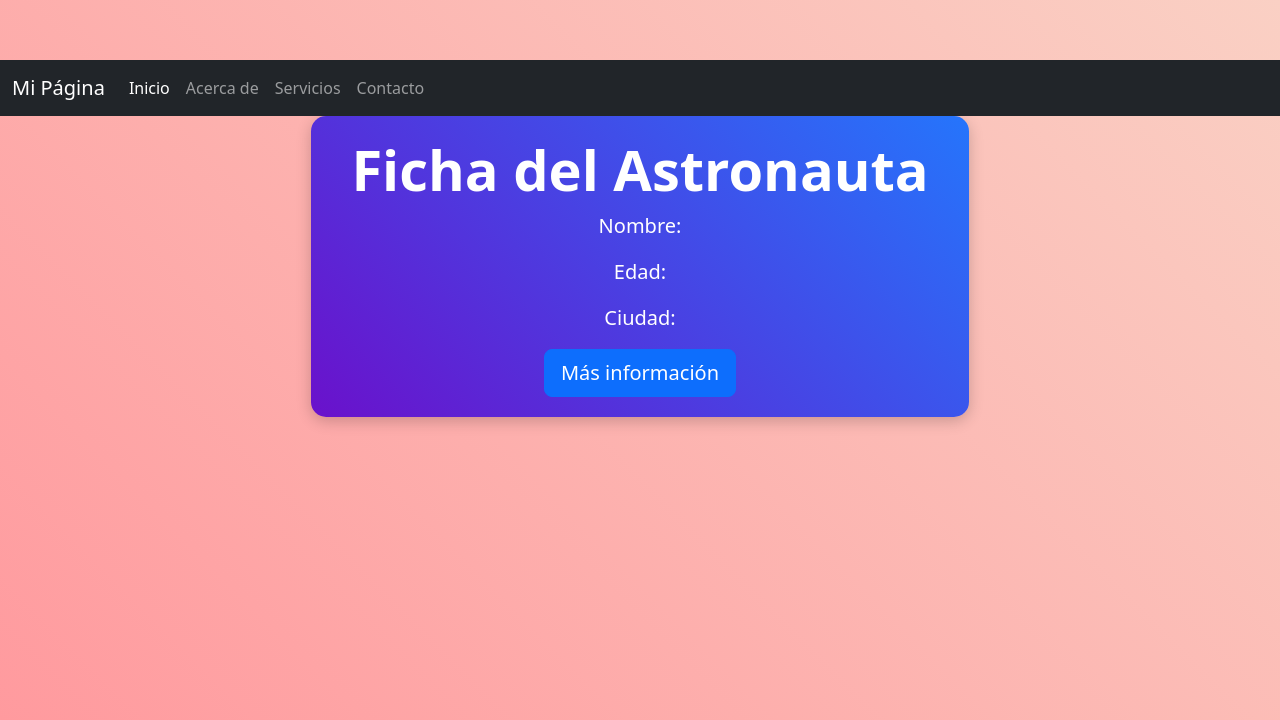
Repository: cristiananes/DWES_2
Page: http://localhost/astronauta
An editor plug-in stored every save of this project. The page is shown before and after the next save, followed by the edit.
The browser window is 1280 px wide. The pictures show the whole page.
The page is this project's Thymeleaf template; nobody is signed in. The template is opened directly, without the code that normally fills it, so the values that code supplies are empty.

Above is the page before, as saved 2025-01-13 08:55:50.

After the next save:
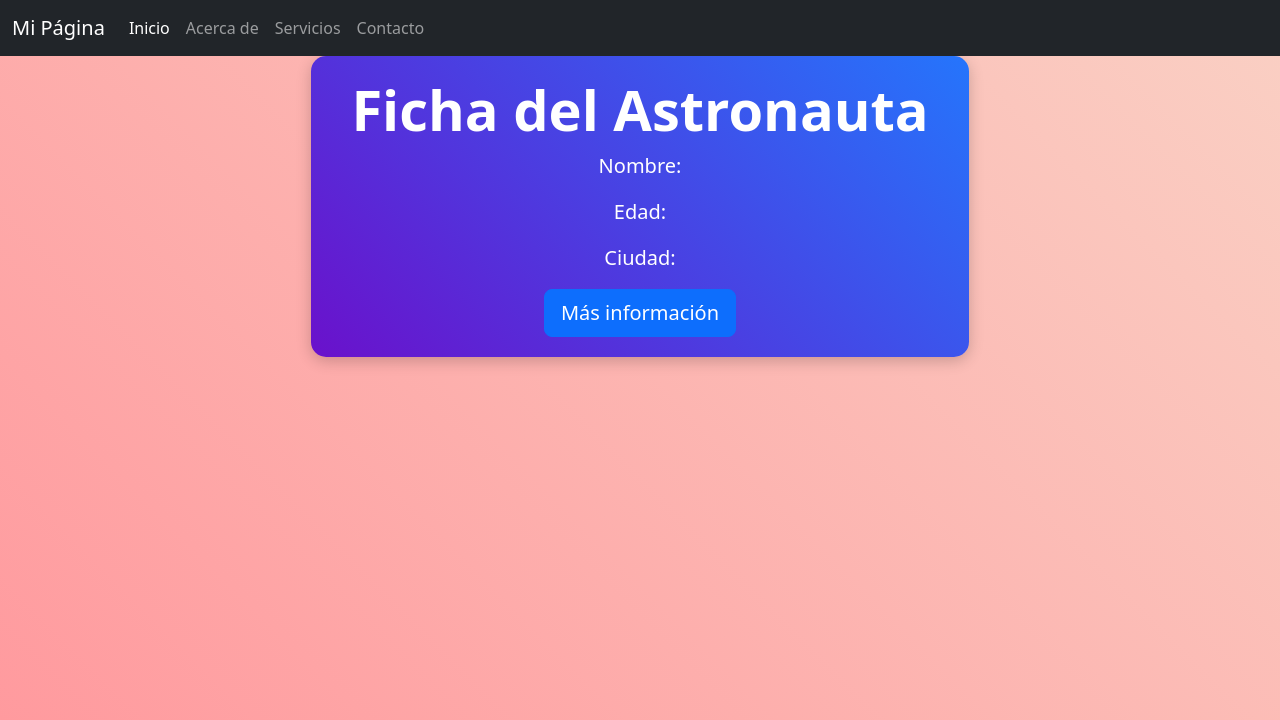
Saved 86 s later.
--- a/cristianag47_ev2_01_AstronautasAula8/src/main/resources/templates/astronauta.html
+++ b/cristianag47_ev2_01_AstronautasAula8/src/main/resources/templates/astronauta.html
@@ -15,7 +15,6 @@ body {
     flex-direction: column;
     align-items: center;
     margin: 0;
-    padding-top: 60px; /* Espacio entre el menú y el contenido */
 }
         .ficha-astronauta {
             color: white;
